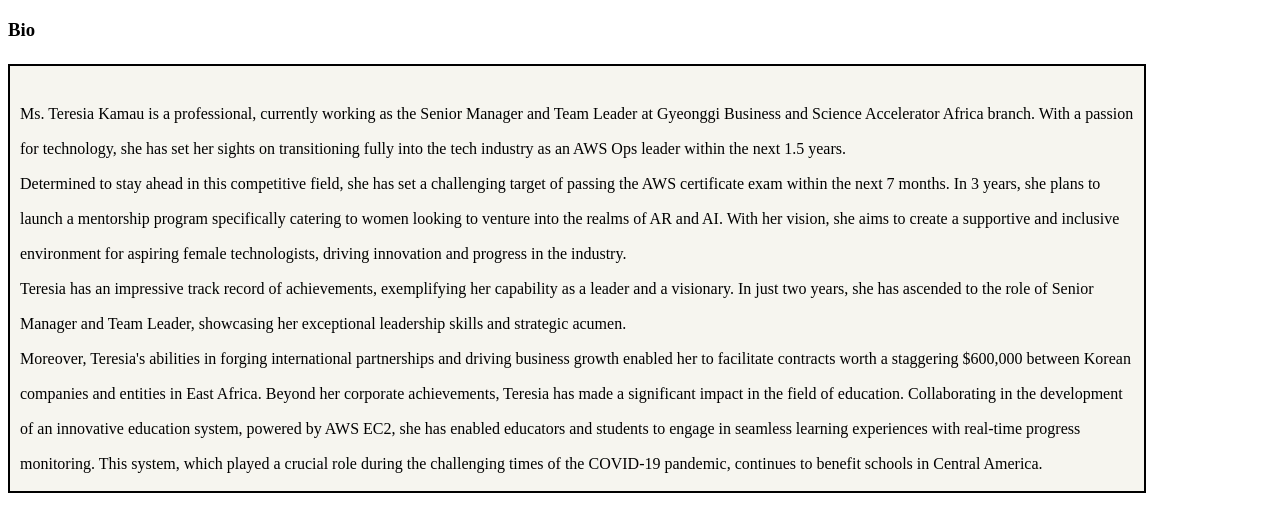
Repository: tessa5/developerPortfolio
Page: public/bio.html
The author's editor kept a copy of each file at every save. The page is drawn from the files as they stood at one save, then again after the next save.
The browser window is 1280 px wide. The pictures show the whole page.

Above is the page before, as saved 2023-08-07 12:54:37.

After the next save:
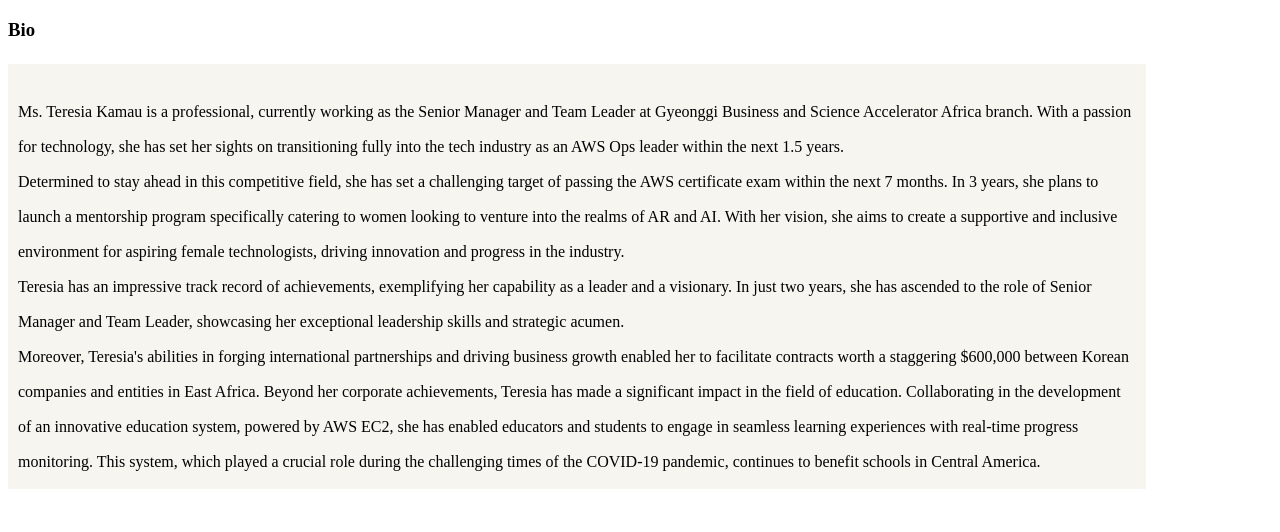
Saved 33 s later.
--- a/public/assets/styles/bio.css
+++ b/public/assets/styles/bio.css
@@ -1,5 +1,5 @@
 p {
-    border:2px solid ;
+    border:2px solid lin;
     width:90%;
     float: left;
     height:100%;
